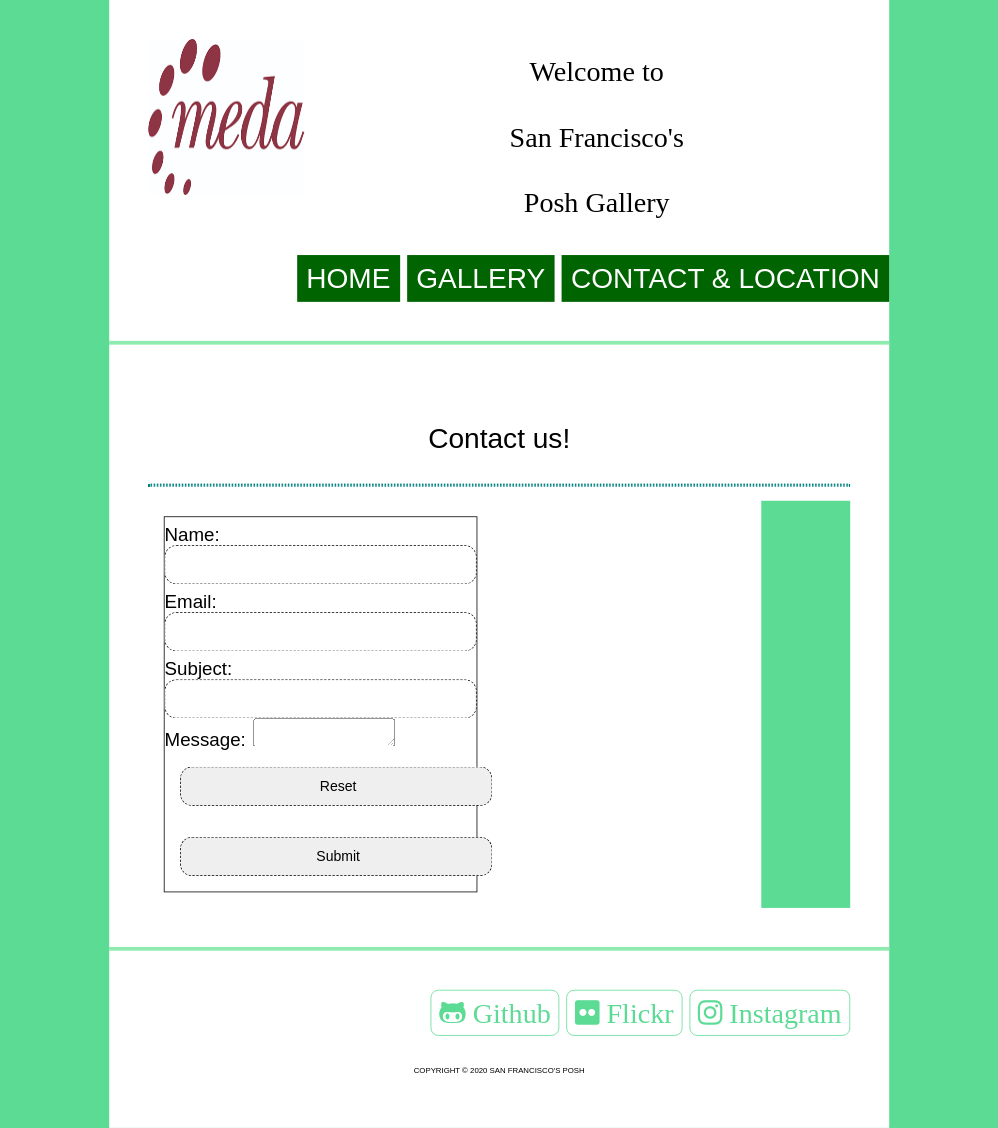
Repository: seleniadelgado/meda-spring2020-angie
Page: practice/html/week_4/multipage-css/contact.html
An editor plug-in stored every save of this project. The page is shown before and after the next save, followed by the edit.
The browser window is 1280 px wide. The pictures show the whole page, at 78% of full size.

Above is the page before, as saved 2020-02-13 11:10:08.

After the next save:
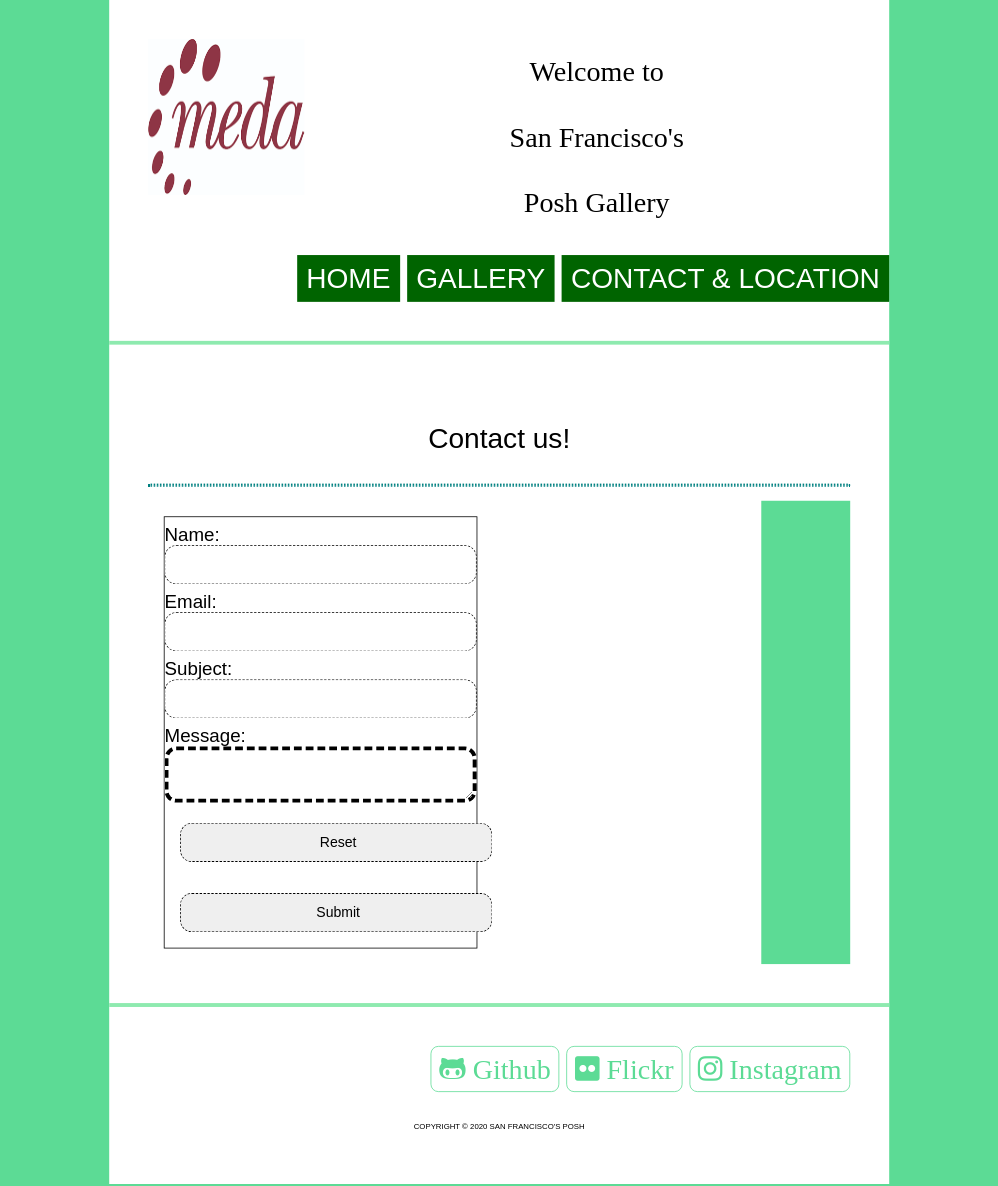
Saved 6 min 37 s later.
--- a/practice/html/week_4/multipage-css/styles/style.css
+++ b/practice/html/week_4/multipage-css/styles/style.css
@@ -180,4 +180,13 @@ main#homepage p {
     color: turquoise;
     font-size: 18px;
 }
+#contact-form textarea {
+    border: dashed 5px black;
+    border-radius: 15px;
+    width: 100%;
+    box-sizing: border-box;
+    padding: 11px;
+    font-size: 18px;
+    color: turquoise;
+}
 /*contact end*/
